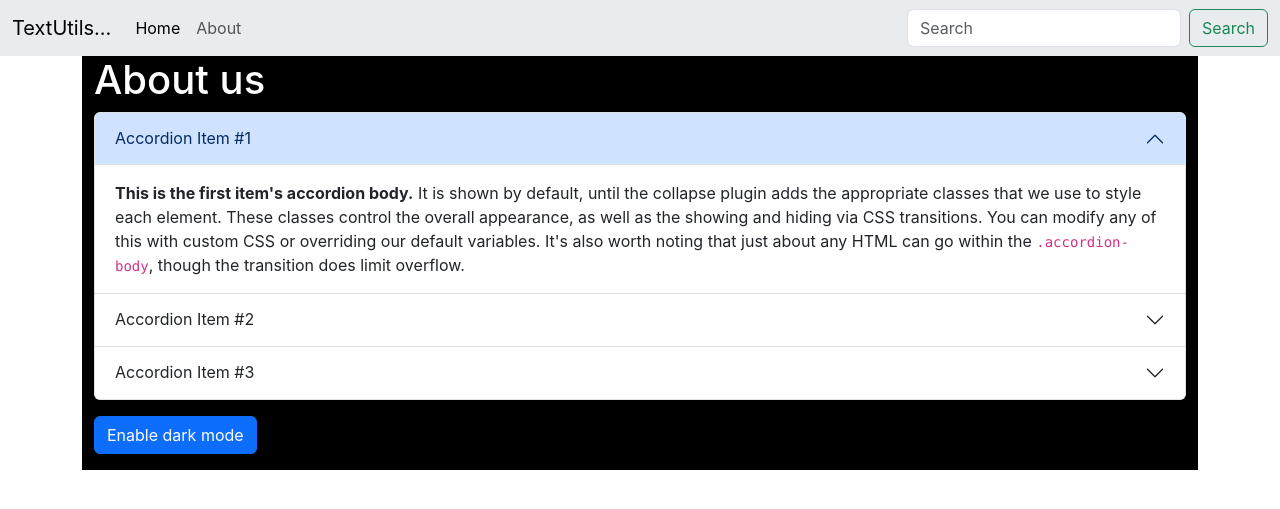
Repository: SujanNagaju/react-demo
Page: /
The author's editor kept a copy of each file at every save. The page is drawn from the files as they stood at one save, then again after the next save.
The browser window is 1280 px wide. The pictures show the whole page.
The project was rebuilt for these pictures with package versions that can differ from the ones it lists, and the page was loaded fresh each time. Also part of the build but not shown: src/App.css, src/components/TextForm.js.

Above is the page before, as saved 2024-12-29 15:12:43.

After the next save:
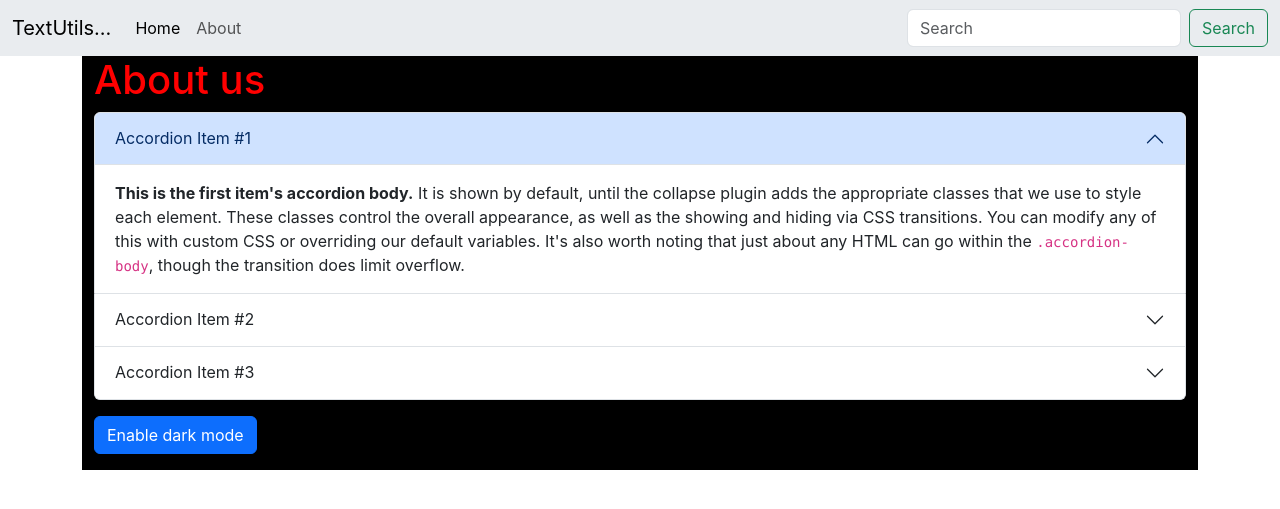
Saved 34 s later.
--- a/src/components/About.js
+++ b/src/components/About.js
@@ -2,7 +2,7 @@ import React from 'react'
 
 export default function About(props) {
     let myStyle = {
-        color: 'white',
+        color: 'red',
         backgroundColor: 'black',
     }
 
